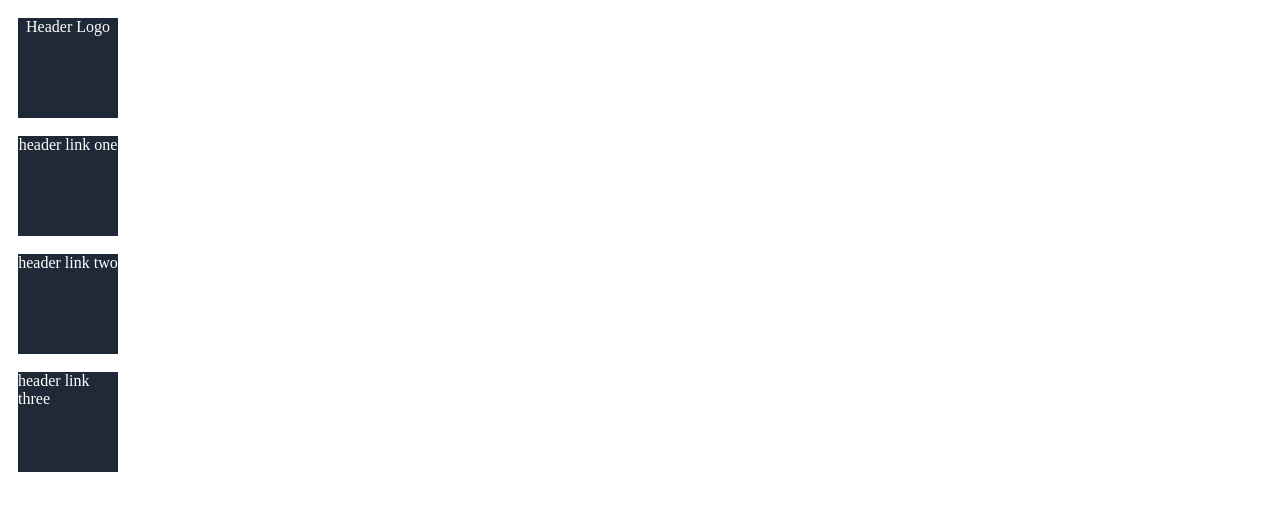
Repository: Grace561/css-exercises
Page: index.html
The author's editor kept a copy of each file at every save. The page is drawn from the files as they stood at one save, then again after the next save.
The browser window is 1280 px wide. The pictures show the whole page.

Above is the page before, as saved 2025-04-14 13:54:41.

### index.html
<!DOCTYPE html>
<html lang="en">
<head>
    <meta charset="UTF-8">
    <meta name="viewport" content="width=device-width, initial-scale=1.0">
    <link rel="stylesheet" href="style.css">
    <title>Landing-Page</title>
</head>
<body>
    <div class="Header">
    <div class="left">
    <div class="Header>
    </div>
    <div class="flex-container">
        <div class="item">Header Logo</div>
        <div class="item">header link one</div>
        <div class="item">header link two</div>
        <div class="item">header link three</div>
    </div>
</body>
</html>

### style.css
*{
    box-sizing: border-box;
    margin: 0;
    padding: 0;
}

.item{
    width: 100px;
    height: 100px;
    background: #1f2937;
    color:#fff;
    margin: 18px;

    display: flex;
    justify-content: center;
}
.flex-container{
    display: flex;
    background-color: #1f2937;
    justify-content: start;
}

After the next save:
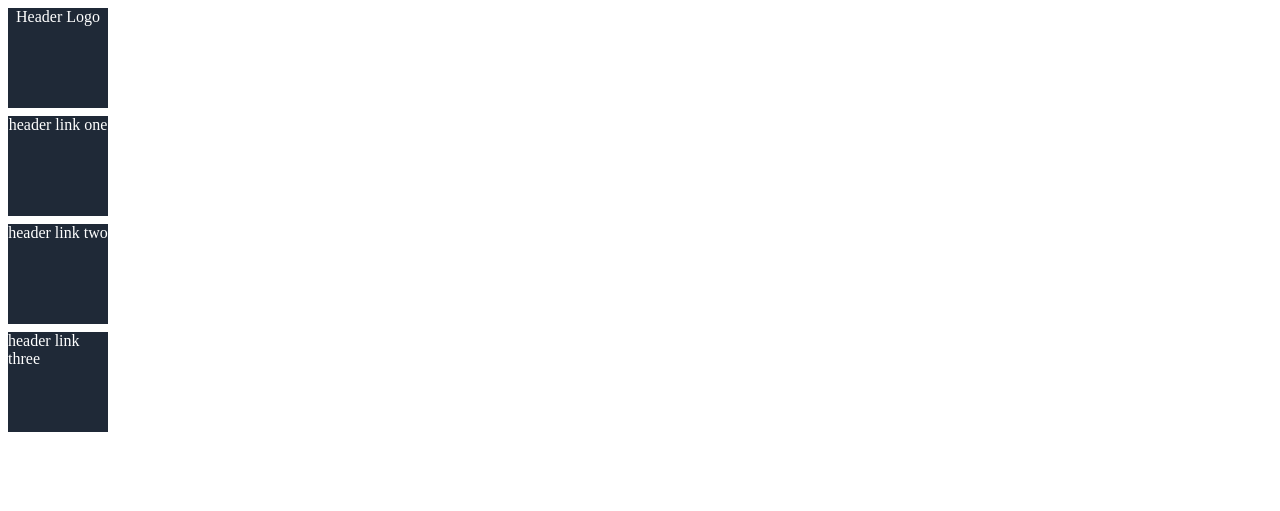
Saved 10 s later.
--- a/style.css
+++ b/style.css
@@ -9,7 +9,7 @@
     height: 100px;
     background: #1f2937;
     color:#fff;
-    margin: 18px;
+    margin: 8px;
 
     display: flex;
     justify-content: center;
